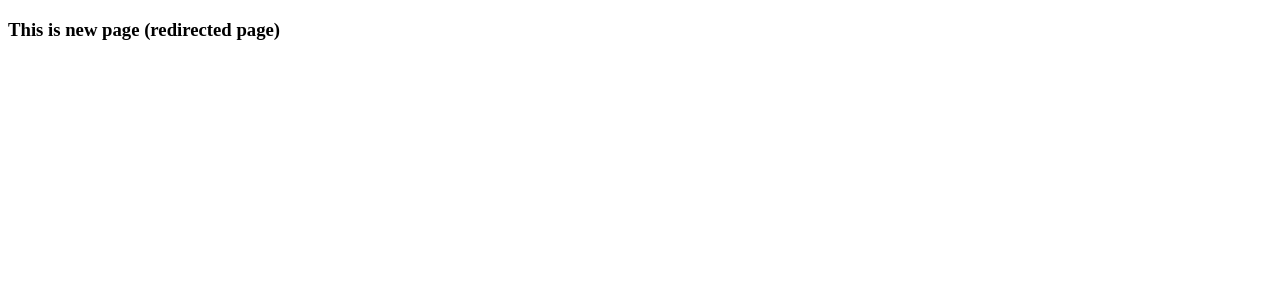
Repository: Mehakbatra496/Eclipse-Workspace
Page: A1_PracticeWebApp/src/main/webapp/New1.html
An editor plug-in stored every save of this project. The page is shown before and after the next save, followed by the edit.
The browser window is 1280 px wide. The pictures show the whole page.

Above is the page before, as saved 2024-04-26 11:02:08.

After the next save:
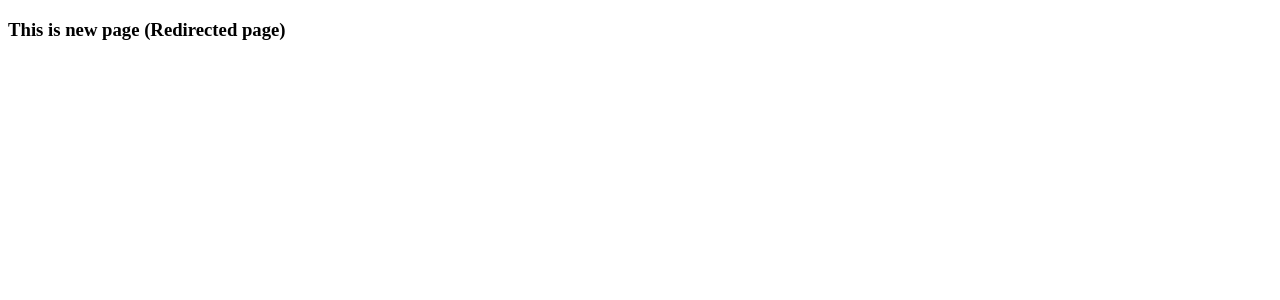
Saved 35 s later.
--- a/A1_PracticeWebApp/src/main/webapp/New1.html
+++ b/A1_PracticeWebApp/src/main/webapp/New1.html
@@ -5,6 +5,6 @@
 <title>Insert title here</title>
 </head>
 <body>
-<h3> This is new page (redirected page)</h3>
+<h3> This is new page (Redirected page)</h3>
 </body>
 </html>
